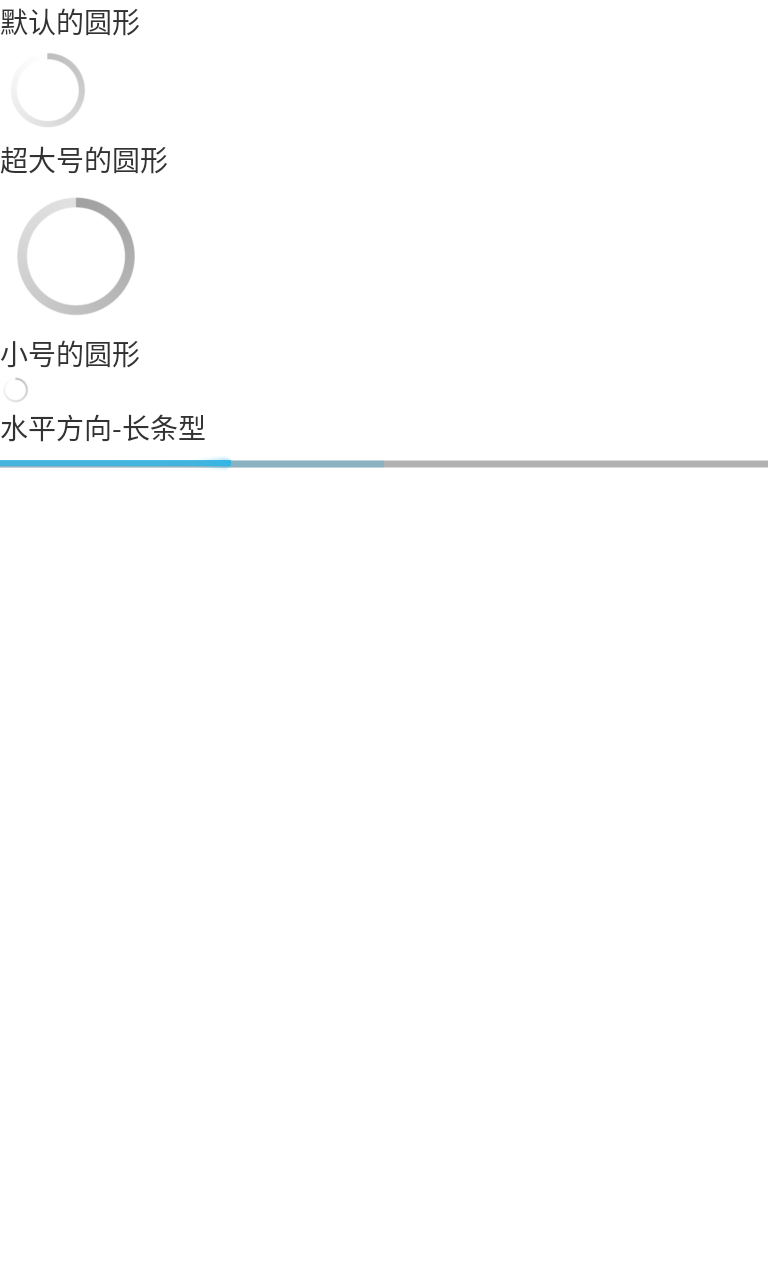
Repository: ling-cen/demo
Layout: UI_ProGressBar/res/layout/progressbar_layout.xml
These files come from the project's save history. The layout is drawn as it stood at one moment and after a run of saves; the edit follows.
It is drawn on a 768 x 1280 px phone screen (xhdpi) without system bars, with theme AppTheme; the app's code is not run.

Above is the layout before, as saved 2018-12-13 13:51:22.

### UI_ProGressBar/res/layout/progressbar_layout.xml
<?xml version="1.0" encoding="utf-8"?>
<LinearLayout xmlns:android="http://schemas.android.com/apk/res/android"
    android:layout_width="match_parent"
    android:layout_height="match_parent"
    android:orientation="vertical" >

    <TextView
        android:layout_width="match_parent"
        android:layout_height="wrap_content"
        android:text="默认的圆形" />

    <ProgressBar
        android:layout_width="wrap_content"
        android:layout_height="wrap_content" />

    <TextView
        android:layout_width="match_parent"
        android:layout_height="wrap_content"
        android:text="超大号的圆形" />

    <ProgressBar
        style="?android:attr/progressBarStyleLarge"
        android:layout_width="wrap_content"
        android:layout_height="wrap_content" />

    <TextView
        android:layout_width="match_parent"
        android:layout_height="wrap_content"
        android:text="小号的圆形" />

    <ProgressBar
        style="?android:attr/progressBarStyleSmall"
        android:layout_width="wrap_content"
        android:layout_height="wrap_content" />
    <TextView
        android:layout_width="match_parent"
        android:layout_height="wrap_content"
        android:text="水平方向-长条型" />

    <ProgressBar
        android:id="@+id/progress_bar"
        style="?android:attr/progressBarStyleHorizontal"
        android:max="100"
        android:progress="30"
        android:secondaryProgress="50"
        android:layout_width="match_parent"
        android:layout_height="wrap_content" />
    <Button
        android:id="@+id/btn_1"
        android:text="向左"
        />

</LinearLayout>

Loaded but not shown: UI_ProGressBar/res/values/styles.xml (common file); UI_ProGressBar/res/values-v11/styles.xml (common file); UI_ProGressBar/res/values-v14/styles.xml (common file)

After the next 2 saves:
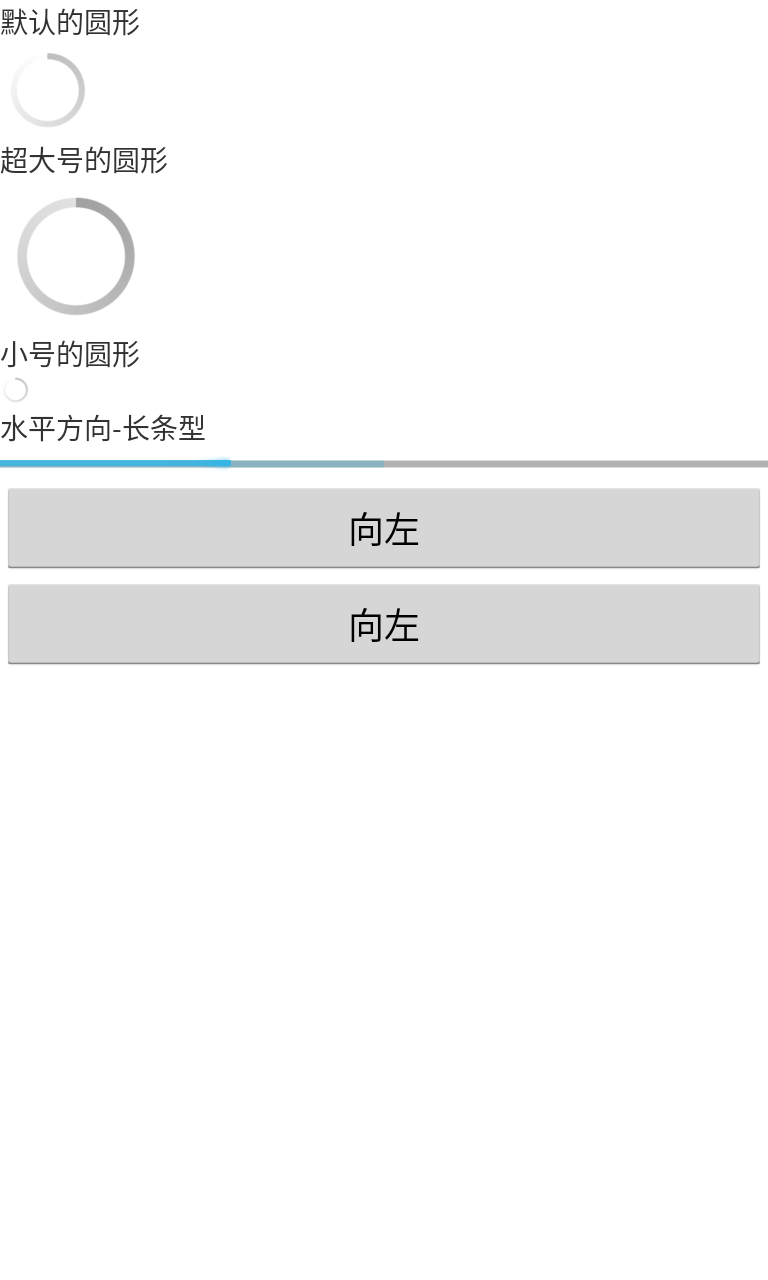
The 2 saves are shown as one change because they came seconds apart.
The last was saved 35 s later.
--- a/UI_ProGressBar/res/layout/progressbar_layout.xml
+++ b/UI_ProGressBar/res/layout/progressbar_layout.xml
@@ -32,6 +32,7 @@
         style="?android:attr/progressBarStyleSmall"
         android:layout_width="wrap_content"
         android:layout_height="wrap_content" />
+
     <TextView
         android:layout_width="match_parent"
         android:layout_height="wrap_content"
@@ -40,14 +41,22 @@
     <ProgressBar
         android:id="@+id/progress_bar"
         style="?android:attr/progressBarStyleHorizontal"
+        android:layout_width="match_parent"
+        android:layout_height="wrap_content"
         android:max="100"
         android:progress="30"
-        android:secondaryProgress="50"
-        android:layout_width="match_parent"
-        android:layout_height="wrap_content" />
+        android:secondaryProgress="50" />
+
     <Button
         android:id="@+id/btn_1"
-        android:text="向左"
-        />
+        android:layout_width="match_parent"
+        android:layout_height="wrap_content"
+        android:text="向左" />
+
+    <Button
+        android:id="@+id/btn_2"
+        android:layout_width="match_parent"
+        android:layout_height="wrap_content"
+        android:text="向左" />
 
 </LinearLayout>
